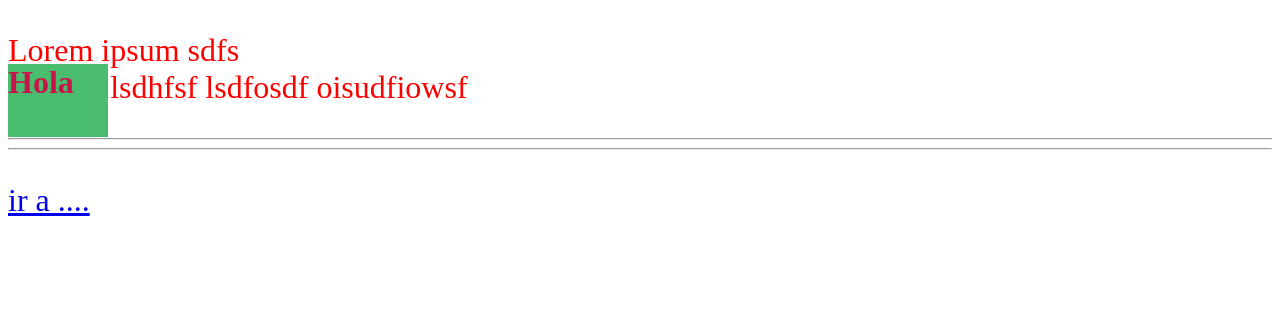
Repository: gadiazsaavedra/Unidad_2
Page: index.html
The author's editor kept a copy of each file at every save. The page is drawn from the files as they stood at one save, then again after the next save.
The browser window is 1280 px wide. The pictures show the whole page.

Above is the page before, as saved 2023-08-07 15:40:45.

After the next save:
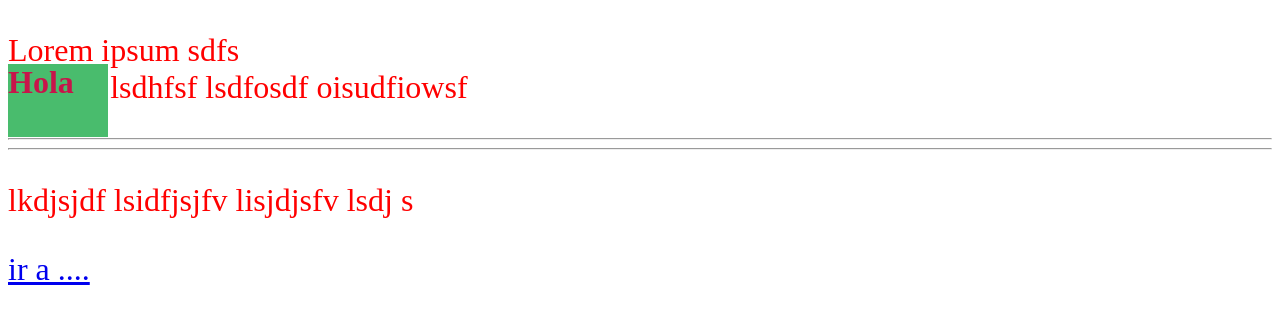
Saved 5 s later.
--- a/index.html
+++ b/index.html
@@ -10,7 +10,7 @@
     <p>Lorem ipsum sdfs<br/> sdhfsdf lsdhfsf lsdfosdf oisudfiowsf </p>
     <hr/>
     <hr/>
-    <p></p>
+    <p>lkdjsjdf lsidfjsjfv lisjdjsfv lsdj s</p>
     <p><a href="https://www.google.com/">ir a ....</a><br>
     </p>
   </body>
